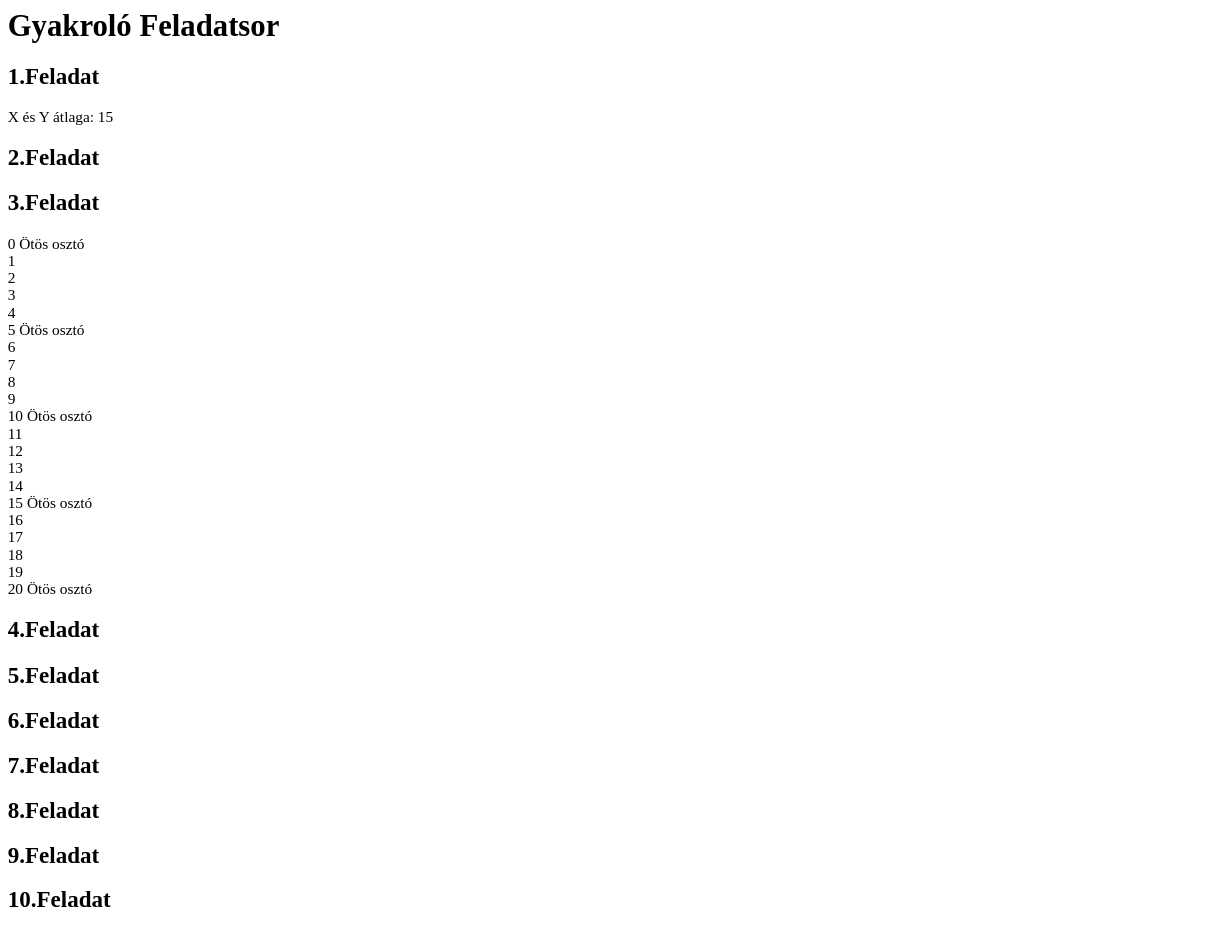
Repository: doomhyena/htdocs
Page: http://localhost/00.Home/02.masodikresz.php
An editor plug-in stored every save of this project. The page is shown before and after the next save, followed by the edit.
The browser window is 1280 px wide. The pictures show the whole page, at 96% of full size.
The page is run by PHP 8.4 with error messages shown; the project is at /var/www/html/.

Above is the page before, as saved 2024-09-17 15:05:36.

### 00.Home/02.masodikresz.php
<?php

echo "<h1> Gyakroló Feladatsor </h1>";


/*

1. Feladat
    Változók:
    $x = 10
    $y = 20
    Feladat: Hozz létre egy $eredmeny nevű változót, amelyben eltárolod az $x és $y átlagát, majd írasd ki a végeredményt.

*/
echo "<h2> 1.Feladat </h2>";

$x = 10;
$y = 20;

$eredmeny = ($x + $y) / 2;

echo "X és Y átlaga: $eredmeny";

// -----------------------------------------------------------------------------------------------------------------------------------------

/*

2. Feladat
    Feladat: Hozz létre egy $szam nevű változót, amely egy tetszőleges számot tartalmaz. Írd ki, hogy a szám páros vagy páratlan!

*/

echo "<h2> 2.Feladat </h2>";

// NEM MENT

// -----------------------------------------------------------------------------------------------------------------------------------------

/*

3.Feladat
    Feladat: Hozz létre egy for ciklust, amely 1-től 20-ig fut. A ciklus minden futásakor írd ki a számot, de ha a szám osztható 5-tel, akkor helyette azt írd ki: "Ötös osztó".

*/

echo "<h2> 3.Feladat </h2>";

for ($i = 0; $i <= 20; $i++) {
    if ($i%5 === 0) {
        echo "$i Ötös osztó <br>";
    } else {
        echo "$i <br>";
    }
}

// -----------------------------------------------------------------------------------------------------------------------------------------
/*

4. Feladat
    Feladat: Készíts egy tömböt, amely tartalmazza az alábbi számokat: [3, 5, 7, 9, 11].
    Számold össze, hogy a tömbben hány elem van!
    Számold ki, hogy mennyi az elemek összege, és írd ki az eredményt!

*/

echo "<h2> 4.Feladat </h2>";

$tomb = [3, 5, 7, 9, 11];

count($tomb);

echo "<h2> 5.Feladat </h2>";



echo "<h2> 6.Feladat </h2>";



echo "<h2> 7.Feladat </h2>";



echo "<h2> 8.Feladat </h2>";



echo "<h2> 9.Feladat </h2>";



echo "<h2> 10.Feladat </h2>";



?>

After the next save:
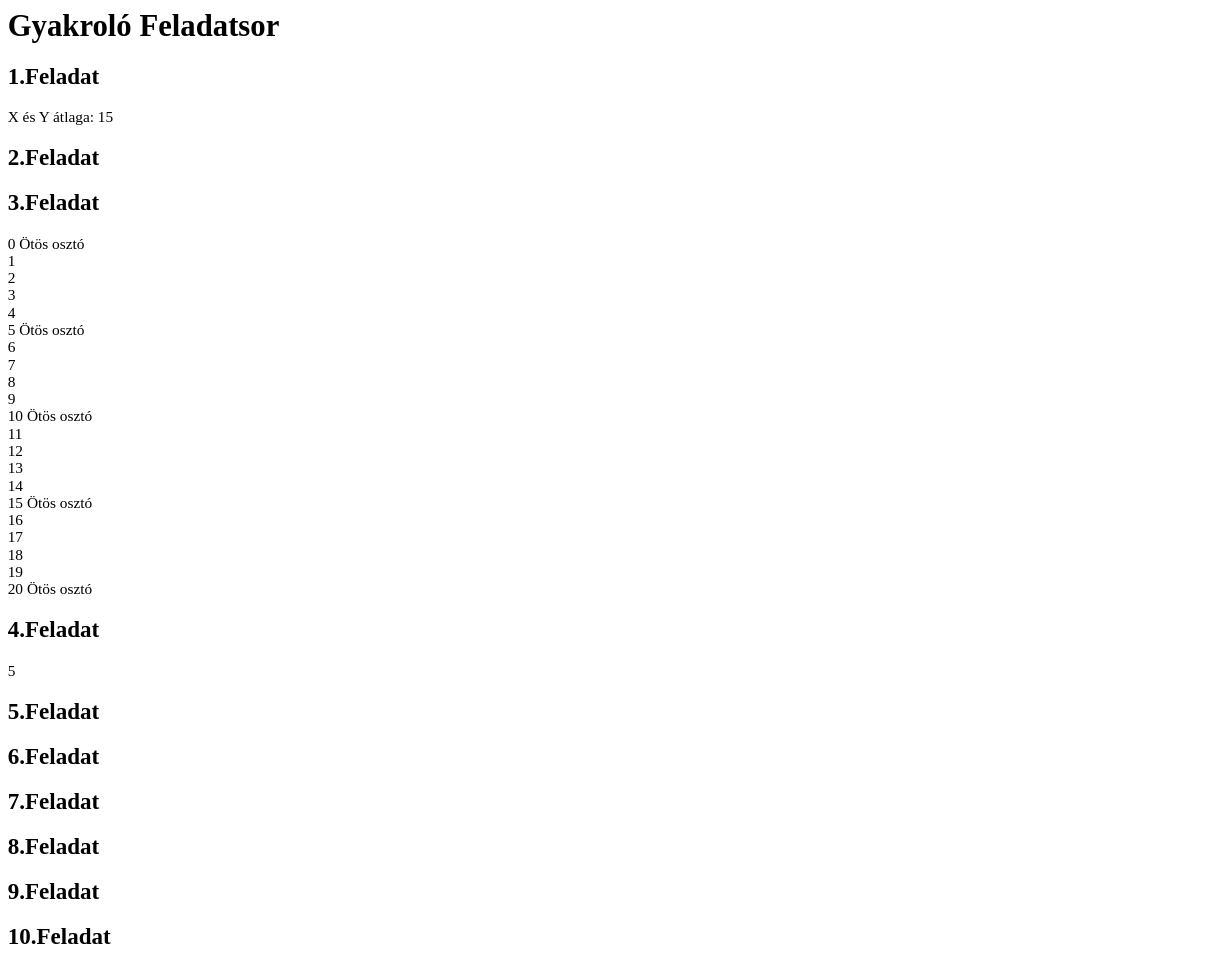
Saved 16 s later.
--- a/00.Home/02.masodikresz.php
+++ b/00.Home/02.masodikresz.php
@@ -67,7 +67,7 @@ echo "<h2> 4.Feladat </h2>";
 
 $tomb = [3, 5, 7, 9, 11];
 
-count($tomb);
+echo count($tomb);
 
 echo "<h2> 5.Feladat </h2>";
 
